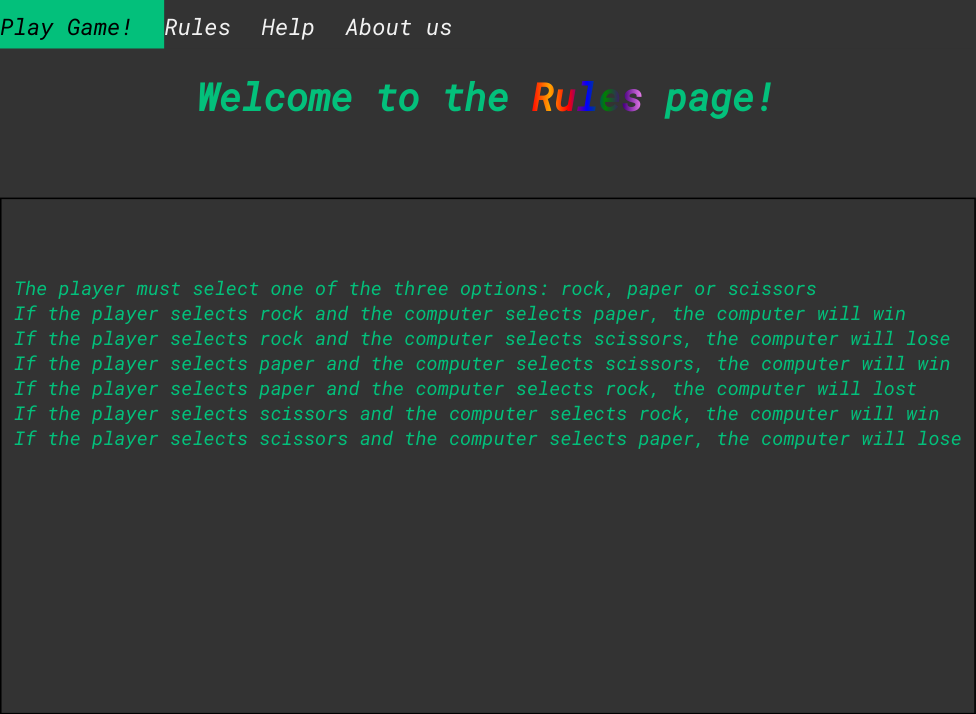
Repository: Ascendrospyder/rock-paper-scissors
Page: rulesPage.html
An editor plug-in stored every save of this project. The page is shown before and after the next save, followed by the edit.
The browser window is 1280 px wide. The page is 1284 px wide, so the pictures cover 1284 px, including what lies to the right of the window. The pictures show the whole page, at 76% of full size.

Above is the page before, as saved 2022-12-26 13:27:40.

After the next save:
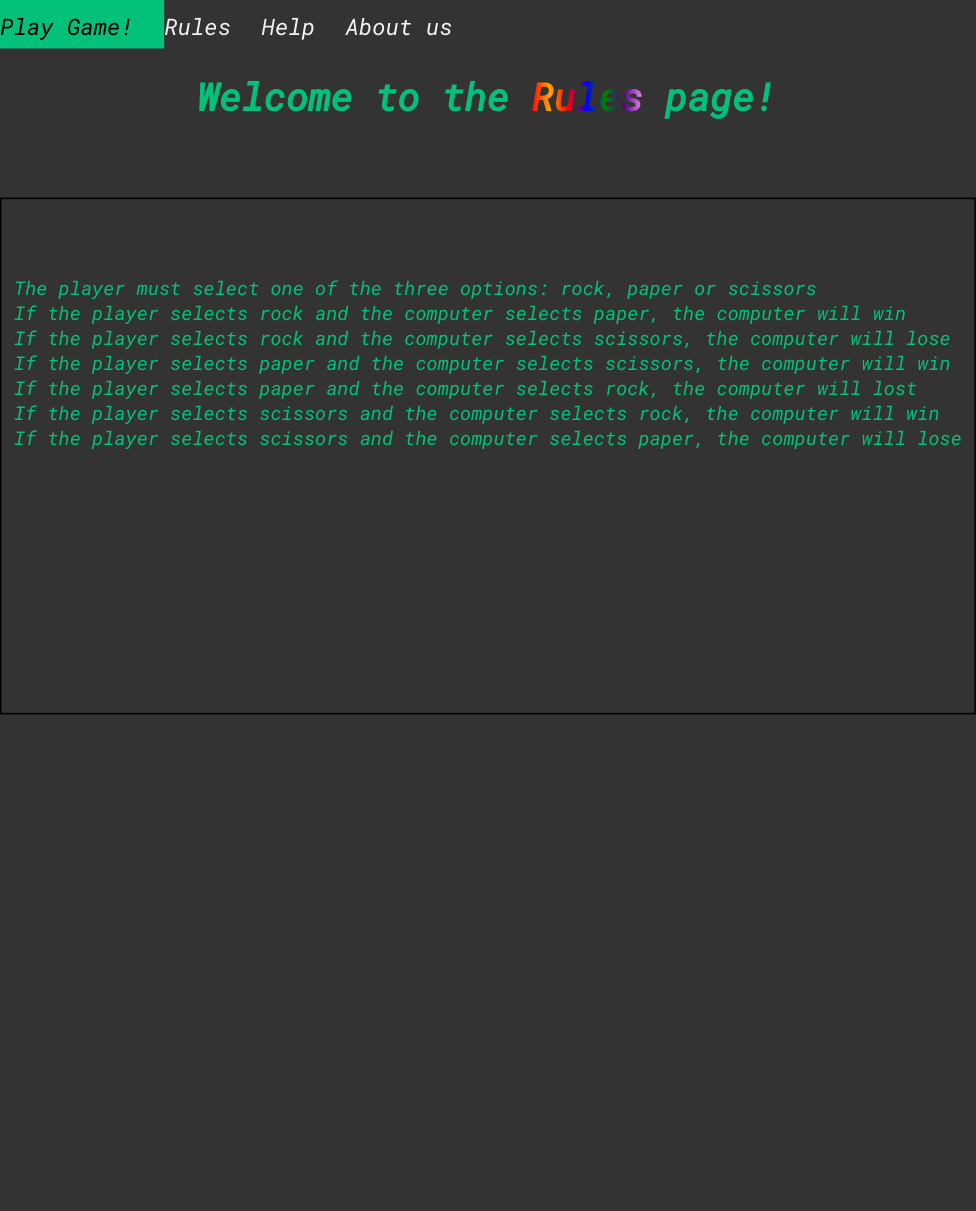
Saved 5 s later.
--- a/css/rules.css
+++ b/css/rules.css
@@ -21,5 +21,5 @@
     font-size: 25px;
     color : #03c07b;
     font-family: 'Roboto Mono', monospace;
-    padding-bottom: 100px;
+    padding-bottom: 1000px;
   }

After the save that followed:
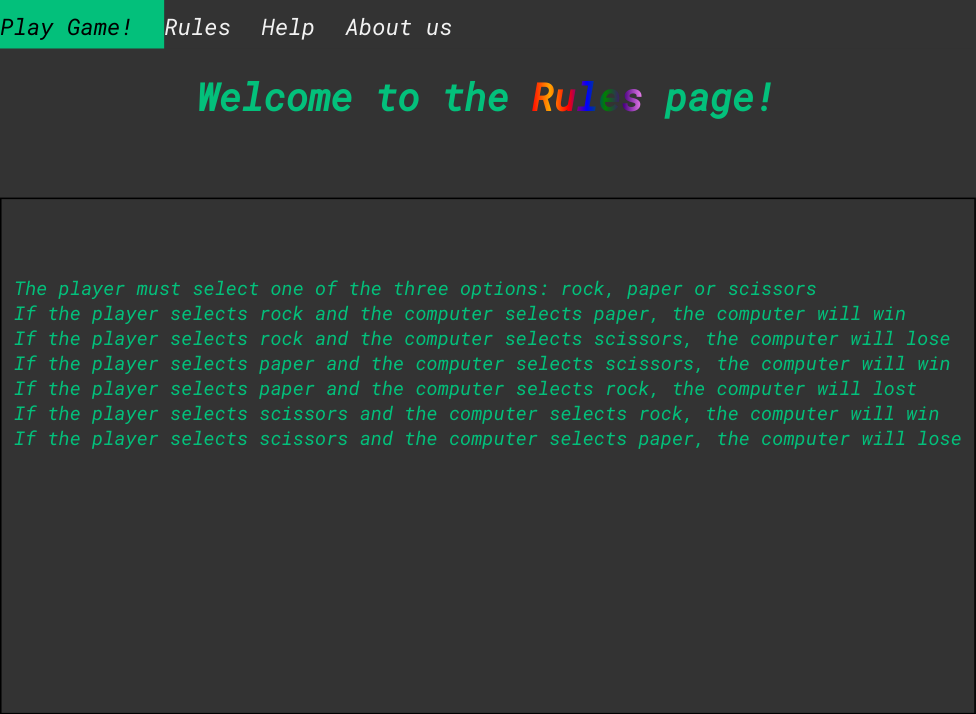
Saved 5 s later.
--- a/css/rules.css
+++ b/css/rules.css
@@ -21,5 +21,5 @@
     font-size: 25px;
     color : #03c07b;
     font-family: 'Roboto Mono', monospace;
-    padding-bottom: 1000px;
+    padding-bottom: ;
   }
